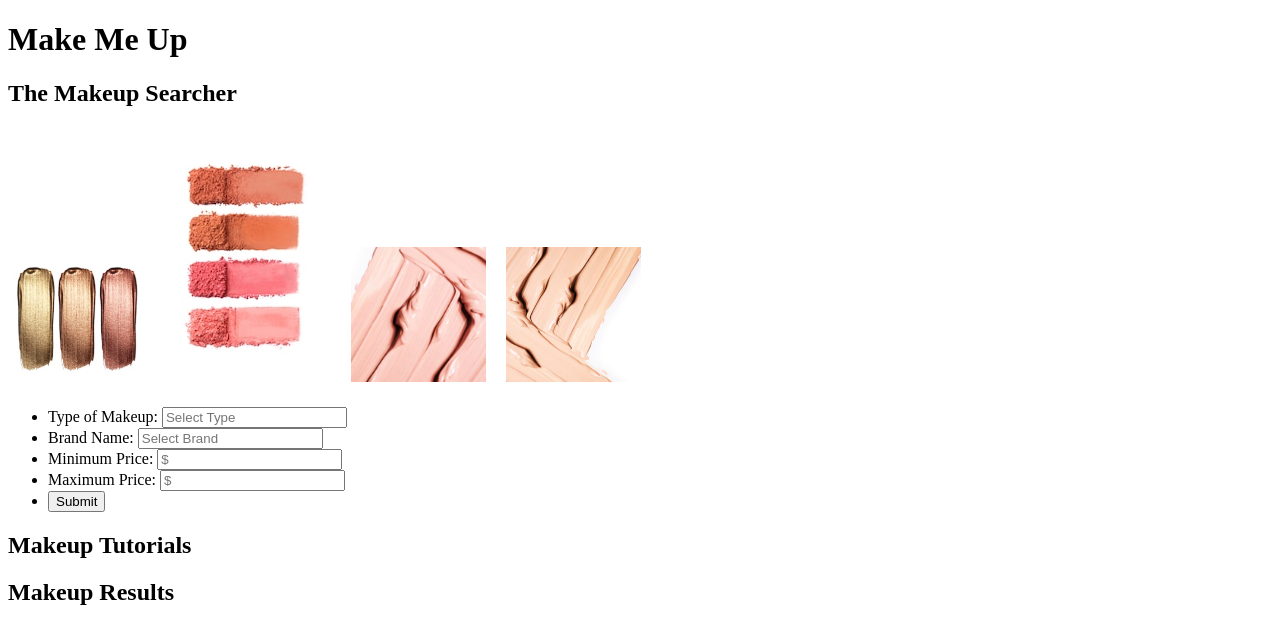
Repository: kaitlynMidori/MakeMeUp
Page: index.html
The author's editor kept a copy of each file at every save. The page is drawn from the files as they stood at one save, then again after the next save.
The browser window is 1280 px wide. The pictures show the whole page.

Above is the page before, as saved 2020-12-14 12:04:57.

### index.html
<!DOCTYPE html>
<html lang="en">

<head>
    <meta charset="utf-8">
    <meta name="viewport" content="width=device-width">
    <title>Make Me Up</title>
    <link href="style.css" rel="stylesheet" type="text/css" media="only screen and (max-device-width: 480px) , only screen and (-webkit-min-device-pixel-ratio: 2) , screen and (-webkit-device-pixel-ratio:1.5)"/>
    <link rel="preconnect" href="https://fonts.gstatic.com">
    <link href="https://fonts.googleapis.com/css2?family=Nanum+Gothic&display=swap" rel="stylesheet">
</head>

<body>
   <div class="web-container">
    <header>
        <h1>Make Me Up</h1>
        <h2>The Makeup Searcher</h2>
    </header>

    <div id="img-container" class="img" style="padding: 5px;">
        <img src="images/smear2.png" alt="lipstick smear" height="130px" width="130px">
        <img src="images/smear4.jpg" alt="concealer smear">
        <img src="images/smear3.png" alt="blush smear" height="135px" width="135px" style="padding-top: 15px;padding-right: 8px;">
        <img src="images/smear1.png" alt="eyeshadow smear" height="135px" width="135px" style="padding-top: 15px;padding-left: 8px;">
    </div>

    <div class="form-container">
        <form id="js-form">
            <ul class="formWrapper">
                <li class= "form-row">
                    <label class="search-term" for="product-type">Type of Makeup:</label>
                    <input class="product-type input" type="text" name="product-type" id="product-type" placeholder="Select Type" list="product-type-list">
                    <datalist id="product-type-list">
                        <option value="Blush">
                        <option value="Bronzer">
                        <option value="Eyebrow">
                        <option value="Eyeliner">
                        <option value="Eyeshadow">
                        <option value="Foundation">
                        <option value="Lip Liner">
                        <option value="Lipstick">
                        <option value="Mascara">
                        <option value="Nail Polish">
                    </datalist>
                </li>

                <li class="form-row">
                    <label class="search-term" for="brand">Brand Name:</label>
                    <input class="brand input" type="text" name="brand" id="brand" placeholder="Select Brand" list="brand-list">
                    <datalist id="brand-list">
                        <option value="Almay">
                        <option value="Alva">
                        <option value="Anna Sui">
                        <option value="Annabelle">
                        <option value="Benefit">
                        <option value="Boosh">
                        <option value="Burt's Bees">
                        <option value="Butter London">
                        <option value="C'est Moi">
                        <option value="Cargo Cosmetics">
                        <option value="China Glaze">
                        <option value="Clinique">
                        <option value="Coastal Classic Creation">
                        <option value="Colourpop">
                        <option value="Covergirl">
                        <option value="Dalish">
                        <option value="Deciem">
                        <option value="Dior">
                        <option value="Dr. Hauschka">
                        <option value="e.l.f">
                        <option value="Essie">
                        <option value="Fenty">
                        <option value="Glossier">
                        <option value="Green People">
                        <option value="Iman">
                        <option value="L'oreal">
                        <option value="Lotus Cosmetics USA">
                        <option value="Maia's Mineral Galaxy">
                        <option value="Marcelle">
                        <option value="Marienatie">
                        <option value="Maybelline">
                        <option value="Milani">
                        <option value="Mineral Fusion">
                        <option value="Misa">
                        <option value="Mistura">
                        <option value="Moov">
                        <option value="Nudus">
                        <option value="NYX">
                        <option value="ORLY">
                        <option value="Pacifica">
                        <option value="Penny Lane Organics">
                        <option value="Physicians Formula">
                        <option value="Piggy Paint">
                        <option value="Pure Anada">
                        <option value="Rejuva Minerals">
                        <option value="Revlon">
                        <option value="Sally B's Skin Yummies">
                        <option value="Salon Perfect">
                        <option value="Sante">
                        <option value="Sinful Colours">
                        <option value="Smashbox">
                        <option value="Stila">
                        <option value="Suncoat">
                        <option value="w3llpeople">
                        <option value="wet n wild">
                        <option value="Zorah">
                        <option value="Zorah Biocosmetiques">
                    </datalist>
                </li>

                <li class="form-row">
                    <label class="search-term" for="min-price-input">Minimum Price:</label>
                    <input class="min-price input" type="number" name="min-price" id="min-price-input" placeholder="$">
                </li>

                <li class="form-row">
                    <label class="search-term" for="max-price-input">Maximum Price:</label>
                    <input class="max-price input" type="number" name="max-price" id="max-price-input" placeholder="$">
                </li>

                <li class="button">
                    <input id="submit-btn" type="submit" value="Submit">
                </li>

            </ul>
        </form>
    </div>

        <p id="js-error-message" class="error-message"></p>

        <section id="yt-results" class="hidden">
            <h2>Makeup Tutorials</h2>
            <ul id="yt-results-list">
            </ul>
        </section>
    <div id="results-container" class="hidden">
        <h2>Makeup Results</h2>
            <ul id="results-list">
            </ul>
    </div>

    <script src="https://code.jquery.com/jquery-3.3.1.js" integrity="sha256-2Kok7MbOyxpgUVvAk/HJ2jigOSYS2auK4Pfzbm7uH60=" crossorigin="anonymous"></script>
    <script src="script.js"></script>
    </div>
</body>

</html>

### script.js
 'use strict';

const makeupURL = 'https://makeup-api.herokuapp.com/api/v1/products.json';

//format url
function formatQueryParams(params) {
    const queryItems = Object.keys(params)
        .map(key => `${encodeURIComponent(key)}=${encodeURIComponent(params[key])}`)
    return queryItems.join('&');
}

function getMakeUp(searchTerm, brand, minPrice, maxPrice) {
    const params = {
        product_type: searchTerm,
        brand: brand,
        price_greater_than: minPrice,
        price_less_than: maxPrice,
    };

    const queryString = formatQueryParams(params)
    const url = makeupURL + '?' + queryString;
    console.log(url);

    fetch(url)
        .then(response => {
            if (response.ok) {
                return response.json();
            }
            throw new Error(response.statusText);
        })
        .then(responseJson => displayResults(responseJson))
        .catch(err => {
            $('#js-error-message').text(`Something went wrong: ${err.message}`);
        });
}

function displayResults(responseJson) {
    // if there are previous results, remove them
    console.log(responseJson);
    $('#results-list').empty();

    //if there are no results, display a msg
    if (!Object.keys(responseJson).length) {
        $('#results-list').append(`<h2>Sorry, No Products Found For That Make-Up and/or Brand</h2>`);
    }
    // iterate through the items array
    for (let i = 0; i < responseJson.length; i++) {

        // for each makeup object in the items array, add a list item to the results
        //list with the full name, img, price, description, url
        $('#results-list').append(
            `<li class="each-product-result">
      <h3 class="product-name">${responseJson[i].name}</h3>
      <img class="product-img" src="${responseJson[i].image_link}">

      <br>

      <p class="product-price">$${responseJson[i].price}</p>
      <p class="product-description">${responseJson[i].description}</p>
      </li>`
        )
    };

    //display the results section
    $('#results').removeClass('hidden');

    //clear input after results load
    $('#product-type').val('')
    $('#brand').val('')
    $('#min-price-input').val('');
    $('#max-price-input').val('');
};

// *****************Youtube video portion**************************************

const youtubeURL = 'https://www.googleapis.com/youtube/v3/search';

function getYoutubeVideo(searchTerm, brand) {
 const params = {
    part:'snippet',
    key:'AIzaSyDLTkOknlkbRK8xtwwM4HzWWfjG2awJktI',
    q: searchTerm + brand + ' makeup',
    maxResults: 6,
    type: 'video',
    order: 'Relevance',
    safeSearch: 'strict',
    relevanceLanguage: 'en'
  };

  const queryString = formatQueryParams(params)
  const url = youtubeURL + '?' + queryString;
  console.log(url);

  fetch(url)
    .then(response => {
      if (response.ok) {
        return response.json();
      }
      throw new Error(response.statusText);
    })
    .then(responseJson => displayYoutubeResults(responseJson))
    .catch(err => {
      $('#js-error-message').text(`Something went wrong: ${err.message}`);
    });
}

function displayYoutubeResults(responseJson) {
  console.log(responseJson);

  $('#yt-results-list').empty();

  if(!Object.keys(responseJson.items).length){
    $('#yt-results-list').append(`<h2>Sorry, No Videos Found For That Make-Up and/or Brand</h2>`);
  }

  for (let i = 0; i < responseJson.items.length; i++){
    $('#yt-results-list').append(
      `<li class= "each-yt-result">
      <a href="https://www.youtube.com/watch?v=${responseJson.items[i].id.videoId}?vq=hd1080" target=_blank>
        <h3>${responseJson.items[i].snippet.title} class="yt-title"</h3>
      </a>
      <a href="https://www.youtube.com/watch?v=${responseJson.items[i].id.videoId}?vq=hd1080" class= "yt-thumbnails" target=_blank>
        <img src="${responseJson.items[i].snippet.thumbnails.default.url}">
      </a>

      <p>Channel: <a href="https://www.youtube.com/channel/${responseJson.items[i].snippet.channelId}" class="yt-channel" target=_blank>${responseJson.items[i].snippet.channelTitle}</a></p>

      <p>${responseJson.items[i].snippet.description}</p>

      </li>`)
  };

  $('#yt-results').removeClass('hidden');
};

//watch form
//prevent submit btn default
//collect values for user input
function watchForm() {
    $('form').submit(event => {
        event.preventDefault();
        const searchTerm = $('#product-type').val();
        const brand = $('#brand').val();
        const minPrice = $('#min-price-input').val();
        const maxPrice = $('#max-price-input').val();
        getMakeUp(searchTerm, brand, minPrice, maxPrice);
        getYoutubeVideo(searchTerm, brand);
    });
}

$(watchForm);

### style.css
body, html {
    margin: 0px;
    padding: 0px;
    background-color: white;
}

.web-container {
    display: flex;
    flex-direction: column;
    justify-content: center;
    align-items: center;
    width: 90%;
    min-width: 500px;
    margin: auto;
}

hidden {
    display: none;
}

* {
    font-family: 'Nanum Gothic', sans-serif;
    color: black;
}

/* header styling */
header {
    width: 100%;
    /* height: 120px;
    line-height: 120px; */
    background-color: white;
    border-style: solid;
    border-width: thin;
    border-color: black;
    margin-top: 5px;
}

h1 {
    text-align: center;
}

h2 {
    text-align: center;
}

/* Body styling */
/* body {
    background-color: white;
    align-items: center;
    justify-content: center;
} */

/* Image styling */

#img-container {
    width: 100%;
    min-width: 500px;
    margin: auto;
    display: flex;
    flex-direction: row;
    flex-wrap: nowrap;
    justify-content: center;
}

img {
    float: left;
    max-width: 170px;
    max-height: 170px;
    object-fit: scale-down;
}

/* #img {
    width: 90%;
    min-width: 500px;
    margin: auto;
} */

/* Form styling */
.formWrapper {
    background-color: white;
    list-style-type: none;
    padding: 0;
    border-style: solid;
    border-width: thin;
    border-color: #fbfefb;
}

.form-container {
    padding-top: 5px;
    width: 70%;
    min-width: 500px;
    margin: auto;
}

.form-row {
    display: flex;
    justify-content: center;
    padding: .5em 1em .5em 1em;
}

.form-row >label {
    /* padding: .5em 1em .5em 12em; */
    flex: 1;
}

.form-row > input {
    /* margin-right: auto; */
    flex: 2;
}

.form-row > input,
.form-row > button {
    padding: .5em;
}

#submit-btn {
    max-width: 250px;
    display:flex;
    flex: 1;
    justify-content: center;
    margin-left: auto;
    margin-right: auto;
    margin-top: 30px;
	background-color:white;
	border-radius:2px;
	border:1px solid black;
	cursor:pointer;
	color:black;
	font-family:Arial;
	font-size:12px;
	font-weight:bold;
	padding:10px 10px 10px 10px;
	text-decoration:none;
}

/* results styling */


#results-list {
    display: flex;
    flex-wrap: wrap;
    justify-content: center;
    font-size: 12px;
}

.each-product-result {
    padding-left: 7px;
    list-style-type: none;
    background-color: white;
    border: lightgray;
    border-style: solid;
    border-width: thin;
    width: 200px;
}

.each-product-result > .product-name {
    display: block;
    margin-right: auto;
    margin-left: auto;
    font-size: 12px;
    width: 160px;
}

.each-product-result > .product-img {
    display: block;
    border: white;
    border-style: solid;
    border-width: thin;
    margin-left: auto;
    margin-right: auto;
    height: 150px;
    width: 150px;
}

.each-product-result > .product-price {
    font-style: italic;
}

.each-product-result > .product-description {
    font-size: 12px;
    font-weight: lighter;
    width: 180px;
}

/* YouTube video Styling */

#yt-results-list {
    display: flex;
    flex-wrap: wrap;
    justify-content: center;
    font-size: 12px;
}

.each-yt-result {
    padding-left: 7px;
    list-style-type: none;
    background-color: white;
    border: lightgray;
    border-style: solid;
    border-width: thin;
    width: 200px;
}

.each-yt-result > .yt-title {
    display: block;
    margin-left: auto;
    margin-left: auto;
}

.each-yt-result > .yt-description {
    font-size: 12px;
    width: 180px;
}

.each-yt-result > .yt-thumbnails {
    display: block;
    border: white;
    border-style: solid;
    border-width: thin;
    margin-left: auto;
    margin-right: auto;
    height: 130px;
    width: 150px;
}

After the next save:
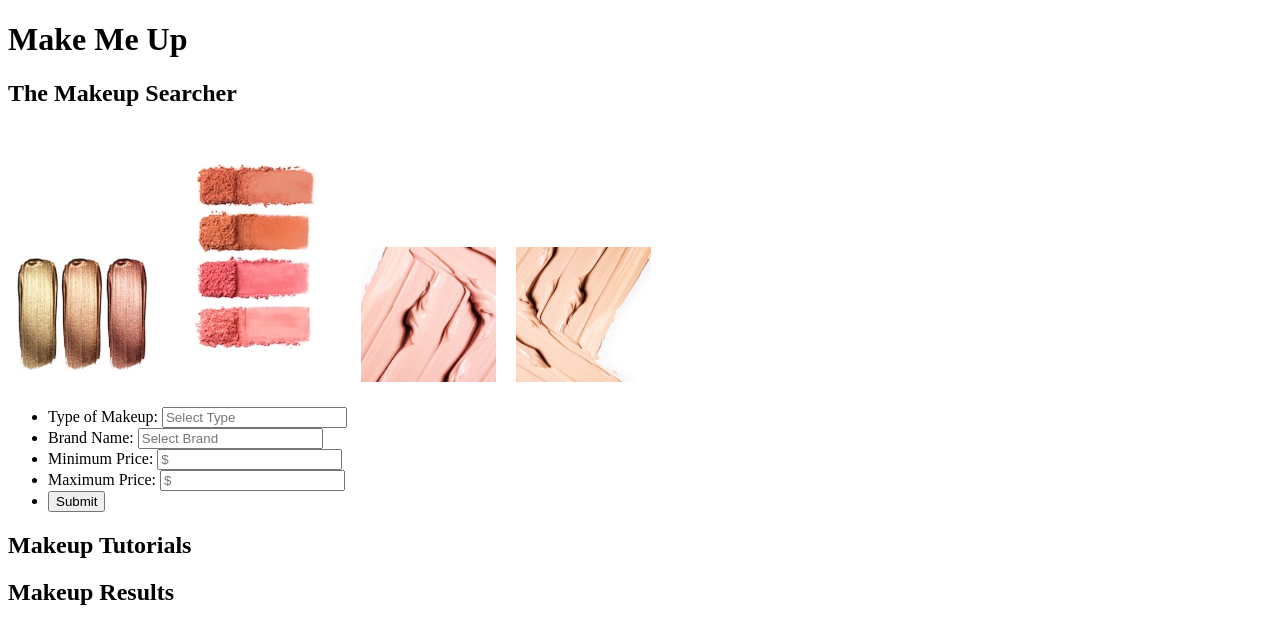
Saved 8 s later.
--- a/index.html
+++ b/index.html
@@ -18,7 +18,7 @@
     </header>
 
     <div id="img-container" class="img" style="padding: 5px;">
-        <img src="images/smear2.png" alt="lipstick smear" height="130px" width="130px">
+        <img src="images/smear2.png" alt="lipstick smear" height="140px" width="140px">
         <img src="images/smear4.jpg" alt="concealer smear">
         <img src="images/smear3.png" alt="blush smear" height="135px" width="135px" style="padding-top: 15px;padding-right: 8px;">
         <img src="images/smear1.png" alt="eyeshadow smear" height="135px" width="135px" style="padding-top: 15px;padding-left: 8px;">
